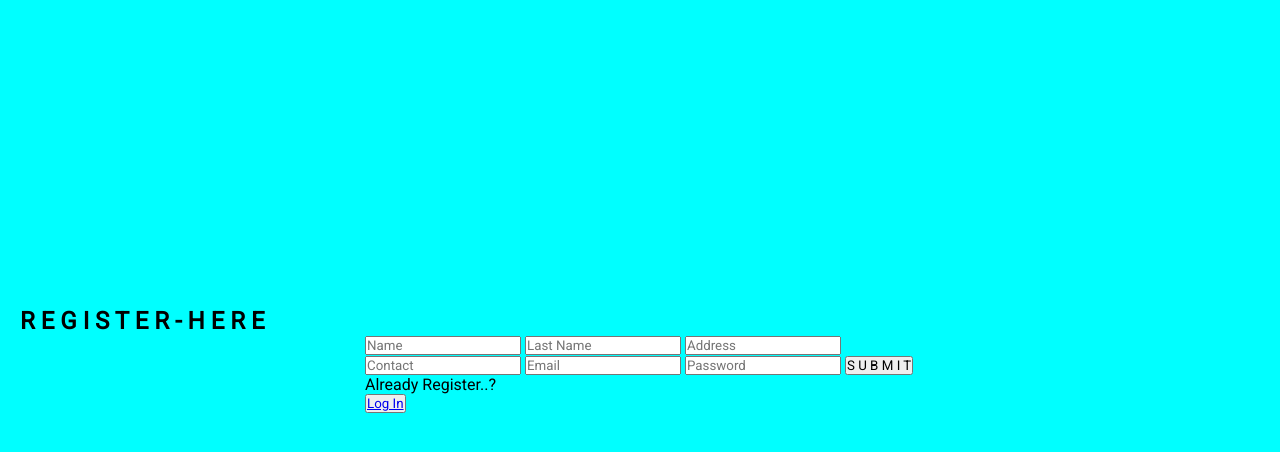
Repository: Krushna26nk/WebApplication
Page: http://localhost/Application/
The author's editor kept a copy of each file at every save. The page is drawn from the files as they stood at one save, then again after the next save.
The browser window is 1280 px wide. The pictures show the whole page.
The page is served by Tomcat 9. Other server files are loaded and not shown.

Above is the page before, as saved 2019-05-31 13:14:51.

### web/Application/WebContent/RegisterData.jsp
<%@ page language="java" contentType="text/html; charset=UTF-8"
    pageEncoding="UTF-8"%>
<!DOCTYPE html PUBLIC "-//W3C//DTD HTML 4.01 Transitional//EN" "http://www.w3.org/TR/html4/loose.dtd">
<html>
<head>
<meta http-equiv="Content-Type" content="text/html; charset=UTF-8">
<link rel="stylesheet" type="text/css" href="Style.css">
<title>Insert title here</title>
</head>
<body bg="blur.jpg">
<div class="regDiv">
	<h2> R E G I S T E R - H E R E </h2>
<div class="formDiv">
	<form class="form" action="Registration" style="align:middle;">
				 <div class="inputFields">

					  	<input type="text" id="firstName" placeholder="Name" name="uname">

				 	  	<input type="text" id="lastName" placeholder="Last Name" name="lname">

				  	   	<input type="text" id="userAddress" placeholder="Address" name="address">

				  		<input type="number" id="contactNo" placeholder="Contact" name="contact">

				  		<input type="email" id="emailId" placeholder="Email" name="email">

				  		<input type="password" id="userPassword" placeholder="Password" name="pass">


		 	<input type="submit" value="S U B M I T">
		 </div>
	</form>
	<p> Already Register..?  </p>
		<button type="button"><a href="Login.jsp"> Log In </a></button>

</div>

</div>


<script type="text/javascript">
	var userFName = document.getElementById("firstName");
	var userLName = document.getElementById("lastName");
	var userAddr = document.getElementById("userAddress");
	var contct = document.getElementById("contactNo");
	var emailId = document.getElementById("emailId");
	var userPass = document.getElementById("userPassword");
</script>


</body>
</html>

### web/Application/WebContent/Style.css
@CHARSET "UTF-8";
@import url('https://fonts.googleapis.com/css?family=Roboto');
*{
	margin:0;
	padding:0;
	box-sizing: border-box;
	outline:none;
	font-family: 'Roboto', sans-serif;
}
body{
	background-color:aqua;
}

.regDiv{
	position:absolute;
	top:50%;
	transform:translateY(-50%);
	width:100%;
	padding:0px 20px;

}
.formDiv{
	max-width:550px;
	margin:0 auto;
}

After the next save:
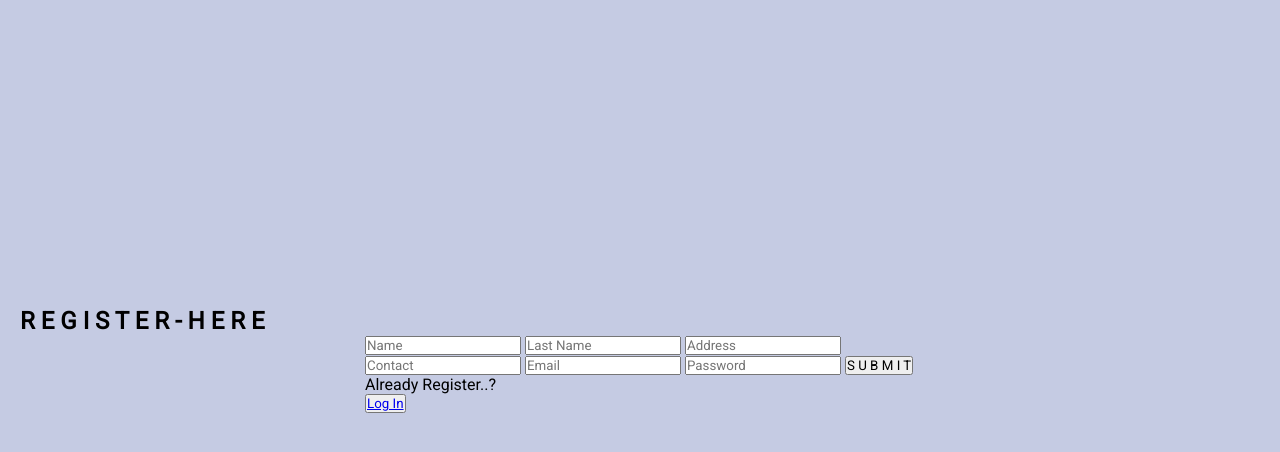
Saved 35 s later.
--- a/web/Application/WebContent/Style.css
+++ b/web/Application/WebContent/Style.css
@@ -8,7 +8,7 @@
 	font-family: 'Roboto', sans-serif;
 }
 body{
-	background-color:aqua;
+	background-color:#C5CBE3;
 }
 
 .regDiv{
